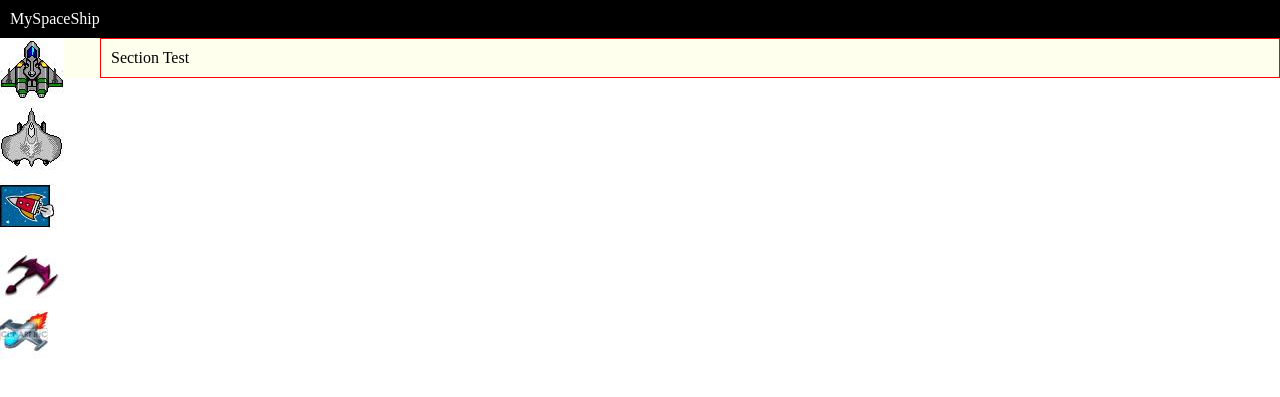
Repository: eudesf/MySpaceShip
Page: MySpaceShip/WebContent/index.html
An editor plug-in stored every save of this project. The page is shown before and after the next save, followed by the edit.
The browser window is 1280 px wide. The pictures show the whole page.

Above is the page before, as saved 2012-03-15 20:21:57.

After the next save:
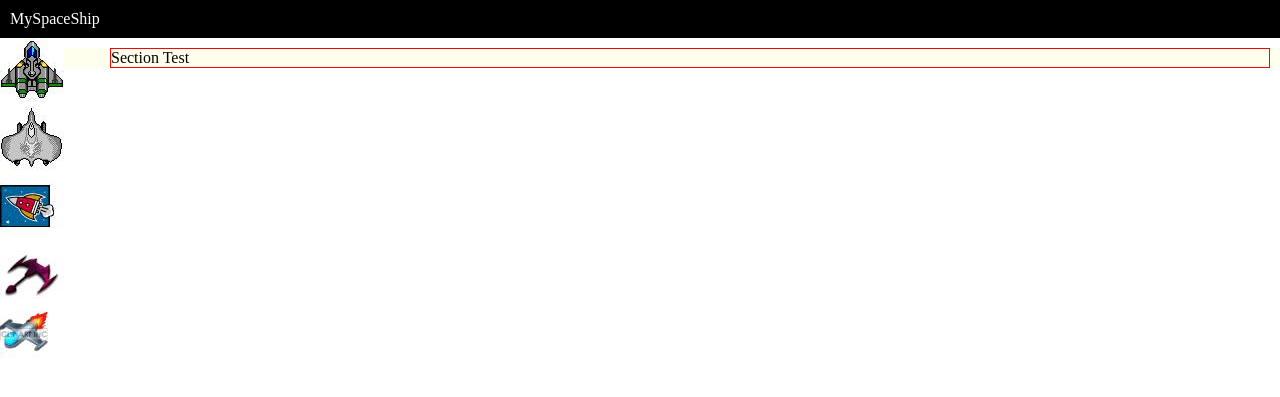
Saved 4 s later.
--- a/MySpaceShip/WebContent/index.html
+++ b/MySpaceShip/WebContent/index.html
@@ -27,7 +27,7 @@
 			}
 
 			article {
-				padding: 10px;
+				margin: 10px;
 				border: 1px solid red;
 			}
 
